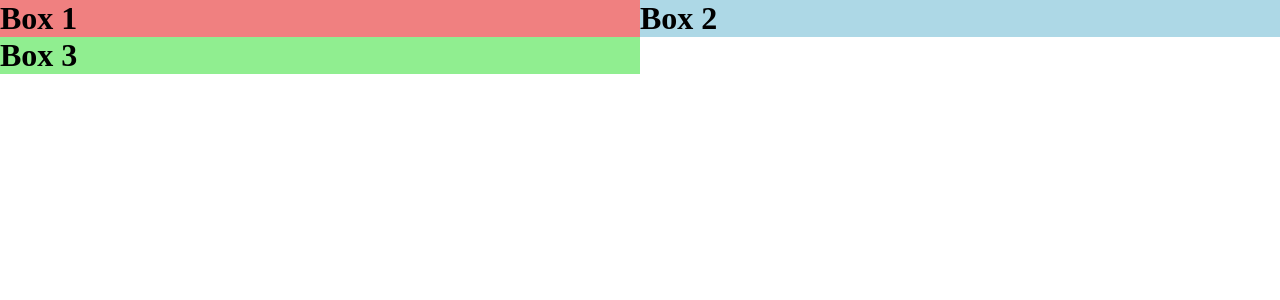
Repository: situmorang-com/grid-system
Page: index.html
The author's editor kept a copy of each file at every save. The page is drawn from the files as they stood at one save, then again after the next save.
The browser window is 1280 px wide. The pictures show the whole page.

Above is the page before, as saved 2020-06-24 17:57:41.

### index.html
<!DOCTYPE html>
<html lang="en">
<head>
    <meta charset="UTF-8">
    <meta name="viewport" content="width=device-width, initial-scale=1.0">
    <link rel="stylesheet" href="style.css">
    <title>Grid System CSS</title>
</head>
<body>
    <main>
        <div class="box1">
            <h1>Box 1</h1>
        </div>
        <div class="box2">
            <h1>Box 2</h1>
        </div>
        <div class="box3">
            <h1>Box 3</h1>
        </div>
    </main>
</body>
</html>

### style.css
* {
    margin: 0;
    padding: 0;
    box-sizing: border-box;
}

.box1 {
    background: lightcoral;
}

.box2 {
    background: lightblue;
}

.box3 {
    background: lightgreen;
}

main {
    display: grid;
    grid-template-columns: 1fr 1fr;
    grid-template-rows: 1fr 1fr;
}

After the next save:
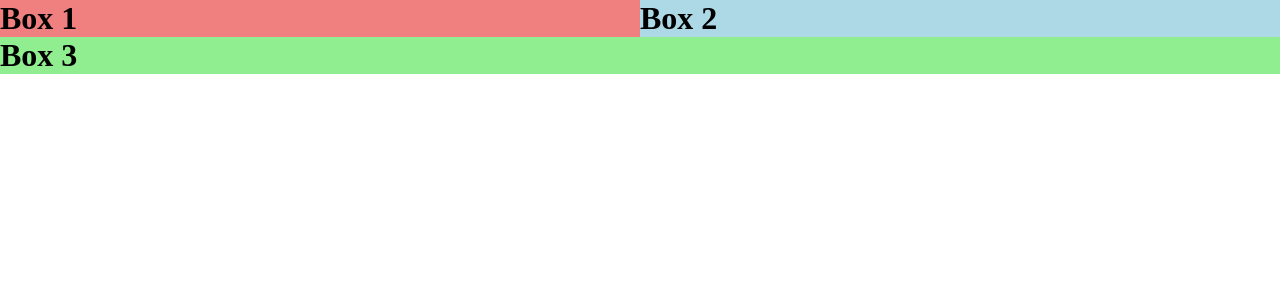
Saved 3 min 6 s later.
--- a/style.css
+++ b/style.css
@@ -21,3 +21,8 @@
     grid-template-columns: 1fr 1fr;
     grid-template-rows: 1fr 1fr;
 }
+
+.box3 {
+    grid-column-start: 1;
+    grid-column-end: 3;
+}
